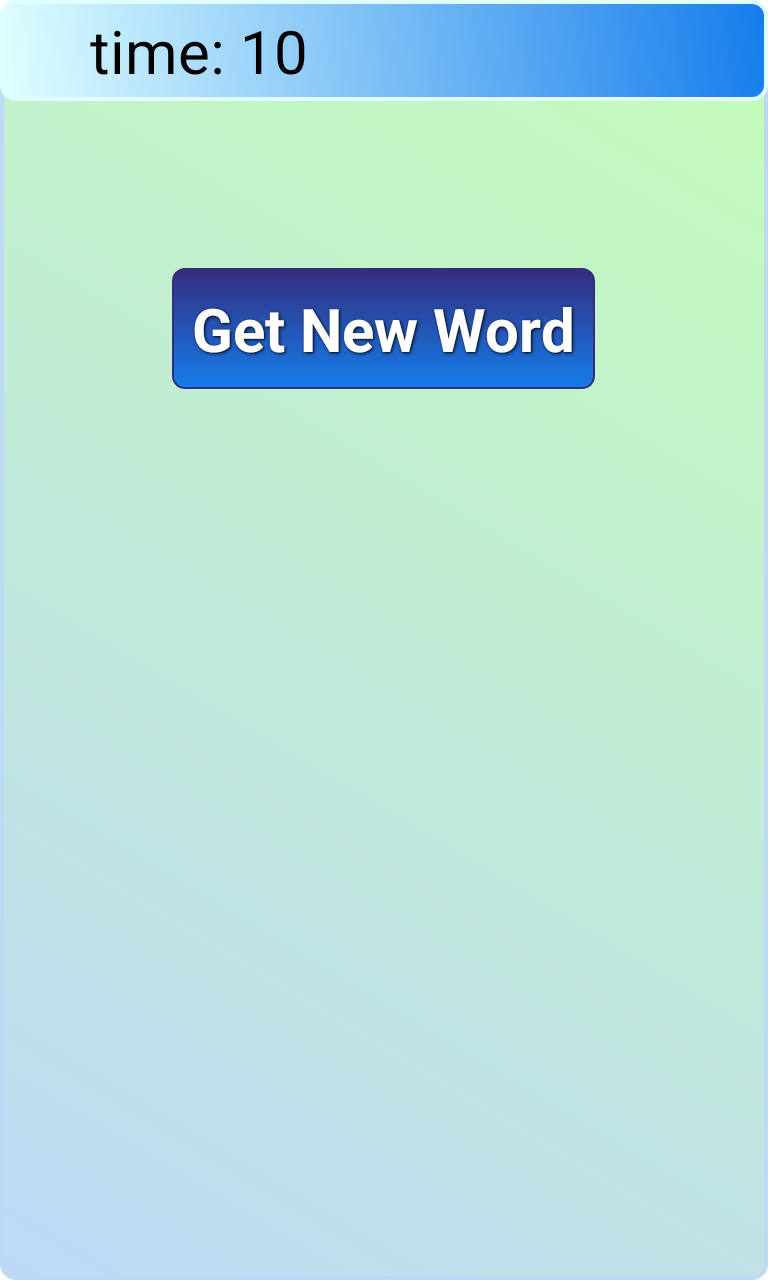
Repository: tvergilio/android
Layout: GoogleItDb/res/layout/activity_main.xml
These files come from the project's save history. The layout is drawn as it stood at one moment and after the next save; the edit follows.
It is drawn on a 768 x 1280 px phone screen (xhdpi) without system bars, with theme AppTheme; the app's code is not run. Lists and similar views that code fills are empty.

Above is the layout before, as saved 2014-02-15 23:52:54.

### GoogleItDb/res/layout/activity_main.xml
<RelativeLayout xmlns:android="http://schemas.android.com/apk/res/android"
    android:layout_width="fill_parent"
    android:layout_height="fill_parent"
    android:animateLayoutChanges="true"
    android:background="@drawable/rectangle"
    android:orientation="vertical" >

    <TableLayout
        android:id="@+id/top_table_layout"
        android:layout_width="fill_parent"
        android:layout_height="wrap_content"
        android:layout_gravity="center"
        android:animateLayoutChanges="true"
        android:background="@drawable/rectangle_blue" >

        <TableRow
            android:id="@+id/tableRow1"
            android:layout_width="wrap_content"
            android:layout_height="wrap_content"
            android:padding="5dip" >

            <TextView
                android:id="@+id/score"
                android:gravity="left"
                android:paddingRight="40dip"
                android:textSize="30sp" />

            <TextView
                android:id="@+id/timer"
                android:gravity="right"
                android:text="@string/timer"
                android:textSize="30sp" />
        </TableRow>
    </TableLayout>

    <TextView
        android:id="@+id/service_text_main"
        android:layout_width="wrap_content"
        android:layout_height="wrap_content"
        android:layout_below="@+id/top_table_layout"
        android:layout_gravity="center_horizontal"
        android:padding="20dip"
        android:textSize="30sp"
        android:textStyle="bold" />

    <LinearLayout
        android:id="@+id/list_view_layout"
        android:layout_width="fill_parent"
        android:layout_height="wrap_content"
        android:layout_below="@+id/service_text_main"
        android:layout_centerHorizontal="true"
        android:animateLayoutChanges="true"
        android:background="@drawable/rectangle_orange"
        android:orientation="vertical" >

        <ListView
            android:id="@id/android:list"
            android:layout_width="fill_parent"
            android:layout_height="wrap_content"
            android:layout_gravity="center_horizontal" />
    </LinearLayout>

    <Button
        android:id="@+id/button1"
        android:layout_width="wrap_content"
        android:layout_height="wrap_content"
        android:layout_below="@+id/list_view_layout"
        android:background="@drawable/blue_button"
        style="@style/button_text"
        android:layout_centerHorizontal="true"
        android:onClick="buttonActivity"
        android:text="@string/get_word" />

    <LinearLayout
        android:id="@+id/result_layout"
        android:layout_width="wrap_content"
        android:layout_height="wrap_content"
        android:layout_alignParentBottom="true"
        android:layout_centerHorizontal="true"
        android:animateLayoutChanges="true"
        android:background="@drawable/rectangle_blue"
        android:orientation="vertical"
        android:padding="15dip"
        android:visibility="invisible" >

        <TextView
            android:id="@+id/result_text"
            android:layout_width="wrap_content"
            android:layout_height="wrap_content"
            android:layout_gravity="center"
            android:padding="3dip"
            android:textSize="30sp" />

        <TextView
            android:id="@+id/result_points_earned"
            android:layout_width="wrap_content"
            android:layout_height="wrap_content"
            android:layout_gravity="center"
            android:padding="3dip"
            android:textColor="@color/red"
            android:textSize="30sp"
            android:textStyle="bold" />
    </LinearLayout>

</RelativeLayout>

### GoogleItDb/res/values/colors.xml
<?xml version="1.0" encoding="utf-8"?>
<resources>
    <color name="corn_yellow">#FFF380</color>
    <color name="ginger_brown">#C9BE62</color>
    <color name="midnight_blue">#151B54</color>
    <color name="dark_slate_blue">#2B3856</color>
    <color name="light_jade">#C3FDB8</color>
    <color name="blue_whale">#342D7E</color>
    <color name="light_pink">#FFDFFF</color>
    <color name="green">#00FF00</color>
    <color name="grey_cloud">#B6B6B4</color>
    <color name="green_yellow">#B1FB17</color>
    <color name="red">#FF0000</color>
    <color name="saffron">#FBB917</color>
    <color name="wood">#966F33</color>
    <color name="yellow">#FFFF00</color>
    <color name="aquamarine">#7FFFD4</color>
    <color name="platinum">#E5E4E2</color>
    <color name="light_cyan">#E0FFFF</color>
    <color name="pastel_blue">#BED9F6</color>
    <color name="white">#FFFFFF</color>
    <color name="parchment">#FFFFC2</color>
    <color name="bee_yellow">#E9AB17</color>
    <color name="blue_lotus">#6960EC</color>
    <color name="black">#000000</color>
    <color name="blue_dress">#157DEC</color>
    <color name="orange">#ED8515</color>


</resources>

### GoogleItDb/res/drawable-hdpi/rectangle.xml
<?xml version="1.0" encoding="utf-8"?>
<shape xmlns:android="http://schemas.android.com/apk/res/android"
         android:shape="rectangle">
     <stroke android:width="2dp" android:color="@color/pastel_blue" />
     <gradient android:startColor="@color/light_jade" android:endColor="@color/pastel_blue"
            android:angle="225"/>

    <corners android:bottomRightRadius="7dp" android:bottomLeftRadius="7dp"
     android:topLeftRadius="7dp" android:topRightRadius="7dp"/>

</shape>

### GoogleItDb/res/drawable-hdpi/rectangle_blue.xml
<?xml version="1.0" encoding="utf-8"?>
<shape xmlns:android="http://schemas.android.com/apk/res/android"
         android:shape="rectangle">
     <stroke android:width="2dp" android:color="@color/light_cyan" />
     <gradient android:startColor="@color/blue_dress" android:endColor="@color/light_cyan"
            android:angle="225"/>

    <corners android:bottomRightRadius="7dp" android:bottomLeftRadius="7dp"
     android:topLeftRadius="7dp" android:topRightRadius="7dp"/>

</shape>

### GoogleItDb/res/values/strings.xml
<?xml version="1.0" encoding="utf-8"?>
<resources>

    <string name="app_name">Google it!</string>
    <string name="action_settings">Settings</string>
    <string name="hello_world">Hello world!</string>
    <string name="get_word">Get New Word</string>
    <string name="title_activity_read">ReadActivity</string>
    <string name="timer">time: 10</string>
    <string name="string_url">http://google.com/complete/search?output=toolbar&amp;q=</string>
    <string name="string_url_uk">http://google.co.uk/complete/search?output=toolbar&amp;q=</string>
    <string name="preference_file_key">com.example.googleiddb.PREFERENCE_FILE_KEY</string>
    <string name="saved_word_name">com.example.googleitdb.SAVED_WORD_NAME</string>
    <string name="saved_word_suggestions">com.example.googleitdb.SAVED_WORD_SUGGESTIONS</string>
    <string name="saved_points">com.example.googleitdb.SAVED_POINTS</string>
    <string name="new_game">Random Word Game</string>
    <string name="new_game_forename">Name Game</string>
    <string name="help">Help</string>
    <string name="result_first">1st Well done!</string>
    <string name="result_second">2nd best...</string>
    <string name="result_third">3rd Not bad!</string>
    <string name="result_fourth">4th You squit!</string>
    <string name="result_fifth">5th That is awful!</string>

</resources>

### GoogleItDb/res/drawable-hdpi/rectangle_orange.xml
<?xml version="1.0" encoding="utf-8"?>
<shape xmlns:android="http://schemas.android.com/apk/res/android"
         android:shape="rectangle">
     <stroke android:width="2dp" android:color="@color/platinum" />
     <gradient android:startColor="@color/orange" android:endColor="@color/white"
            android:angle="225"/>

    <corners android:bottomRightRadius="7dp" android:bottomLeftRadius="7dp"
     android:topLeftRadius="7dp" android:topRightRadius="7dp"/>

</shape>

### GoogleItDb/res/drawable-hdpi/blue_button.xml
<?xml version="1.0" encoding="utf-8"?>
<selector xmlns:android="http://schemas.android.com/apk/res/android">

    <item android:state_pressed="true">
        <shape>
            <solid android:color="@color/blue_dress" />

            <stroke android:width="1dp" android:color="@color/blue_whale" />

            <corners android:radius="6dp" />

            <padding android:bottom="10dp" android:left="10dp" android:right="10dp" android:top="10dp" />
        </shape>

        </item>
    <item><shape>
            <gradient android:angle="270" android:endColor="@color/blue_dress" android:startColor="@color/blue_whale" />

            <stroke android:width="1dp" android:color="@color/blue_whale" />

            <corners android:radius="6dp" />

            <padding android:bottom="10dp" android:left="10dp" android:right="10dp" android:top="10dp" />
        </shape></item>

</selector>

Loaded but not shown: GoogleItDb/res/values/styles.xml (common file); GoogleItDb/res/values-v11/styles.xml (common file); GoogleItDb/res/values-v14/styles.xml (common file)

After the next save:
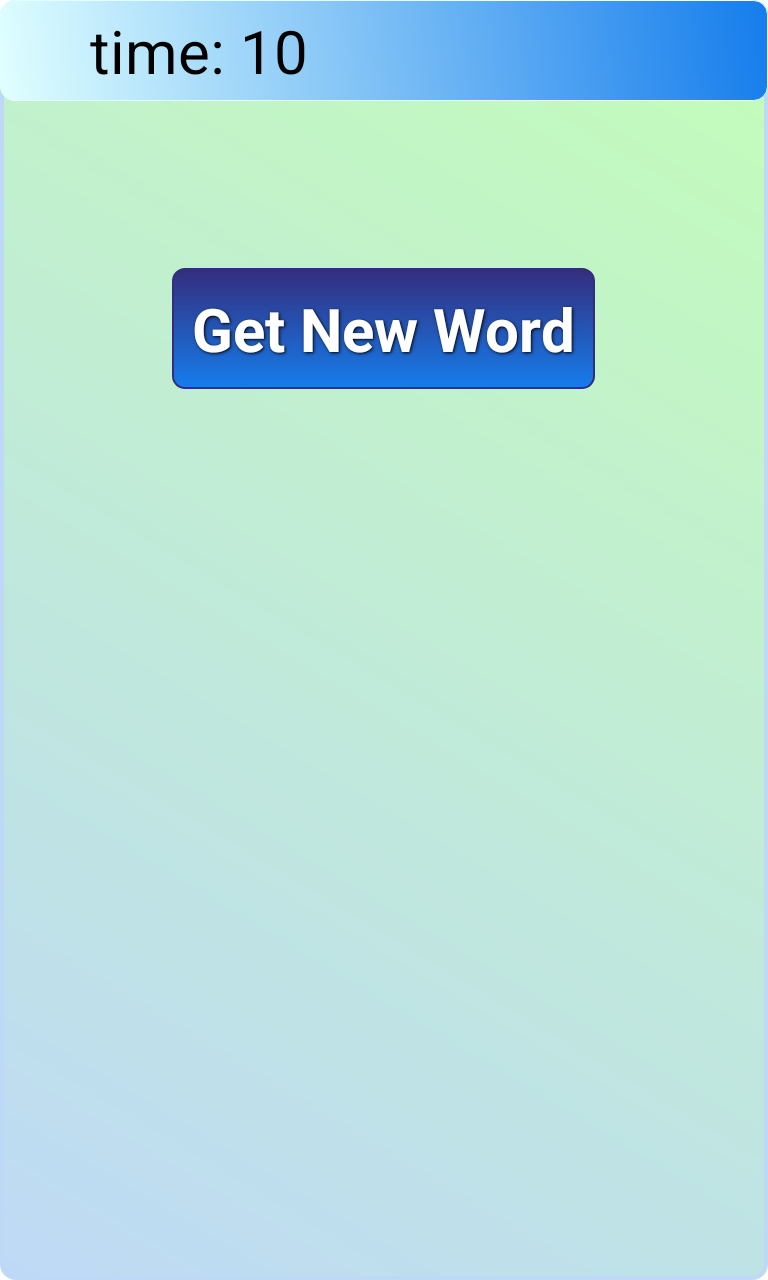
Saved 68 s later.
--- a/GoogleItDb/res/drawable-hdpi/rectangle_blue.xml
+++ b/GoogleItDb/res/drawable-hdpi/rectangle_blue.xml
@@ -1,7 +1,7 @@
 <?xml version="1.0" encoding="utf-8"?>
 <shape xmlns:android="http://schemas.android.com/apk/res/android"
          android:shape="rectangle">
-     <stroke android:width="2dp" android:color="@color/light_cyan" />
+     <stroke android:width="0.5dp" android:color="@color/light_cyan" />
      <gradient android:startColor="@color/blue_dress" android:endColor="@color/light_cyan"
             android:angle="225"/>
 
